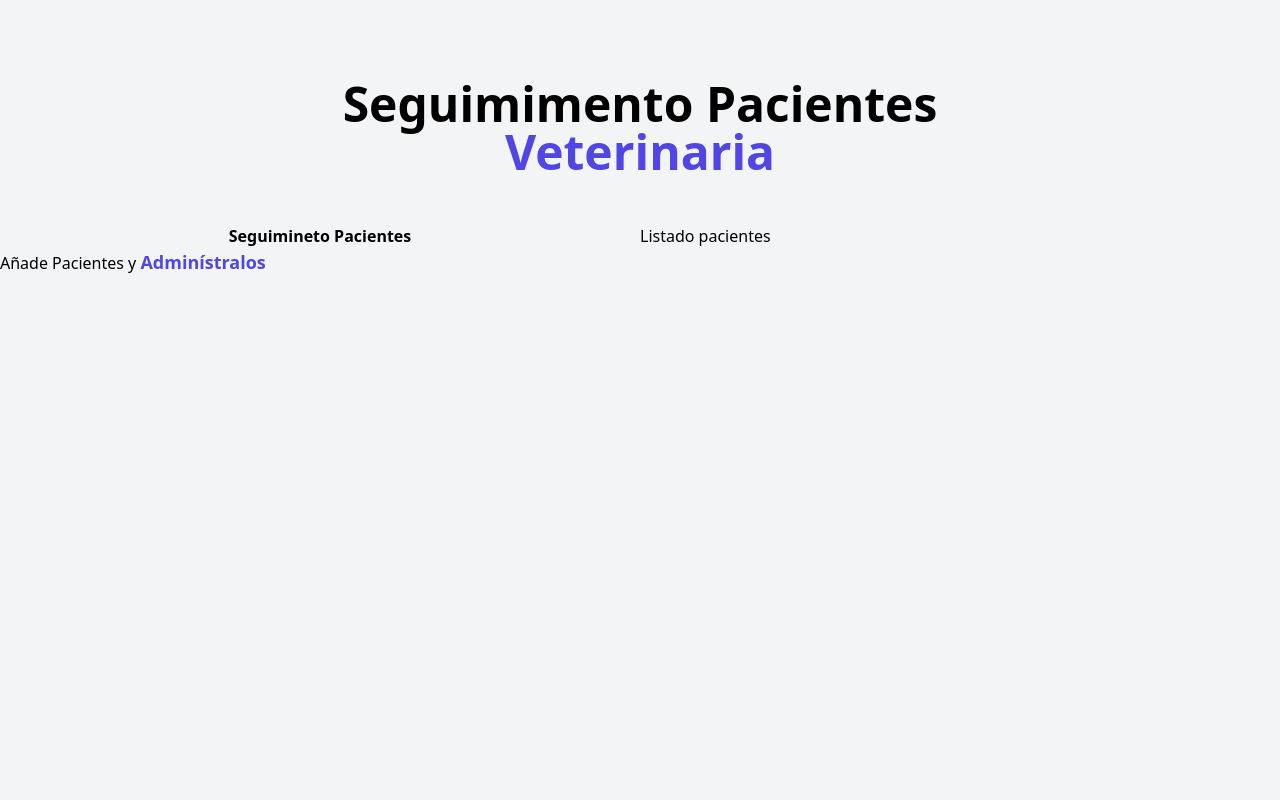
Repository: rlaureano/citas_react
Page: /
These files come from the project's save history. The page is drawn as it stood at one moment and after the next save; the edit follows.
The browser window is 1280 px wide. The pictures show the whole page.
The project was rebuilt for these pictures with package versions that can differ from the ones it lists, and the page was loaded fresh each time. Also part of the build but not shown: vite.config.js.

Above is the page before, as saved 2022-01-11 22:04:11.

### src/App.jsx
import Formulario from "./components/Formulario"
import Header from "./components/Header"
import ListadoPacientes from "./components/ListadoPacientes"

function App() {

  return (
    <div className="container mx-auto mt-20">
      <Header  />
      <div className="mt-12 md:flex">
        <Formulario  />
        <ListadoPacientes />
      </div>
    </div>
  )
}

export default App

### src/components/Formulario.jsx
import React from 'react'

const Formulario = () => {
  return (
    <div className="md:w-1/2 lg:w2/5">
      <h2 className="font-black text-3x1 text-center">Seguimineto Pacientes</h2>
      <p>
        Añade Pacientes y {''}
        <span className="text-indigo-600 font-bold text-lg">Adminístralos</span>
      </p>
    </div>
  )
}

export default Formulario

### src/components/Header.jsx
function Header() {
  return (

      <h1 className="font-black text-5xl text-center md:w-2/3 mx-auto">Seguimimento Pacientes {''}
        <span className="text-indigo-600">Veterinaria</span>
      </h1>

  )
}

export default Header

### src/components/ListadoPacientes.jsx
import React from 'react'

const ListadoPacientes = () => {
  return (
    <div className="w-1/2 ld:w-3/5">
      <h2>Listado pacientes</h2>
    </div>
  )
}

export default ListadoPacientes

### tailwind.config.js
module.exports = {
  purge: ["./index.html", "./src/**/*.{jsx}"],
  content: [],
  theme: {
    extend: {},
  },
  plugins: [],
}

Loaded but not shown: index.html (common file); src/main.jsx (common file); src/index.css (common file)

After the next save:
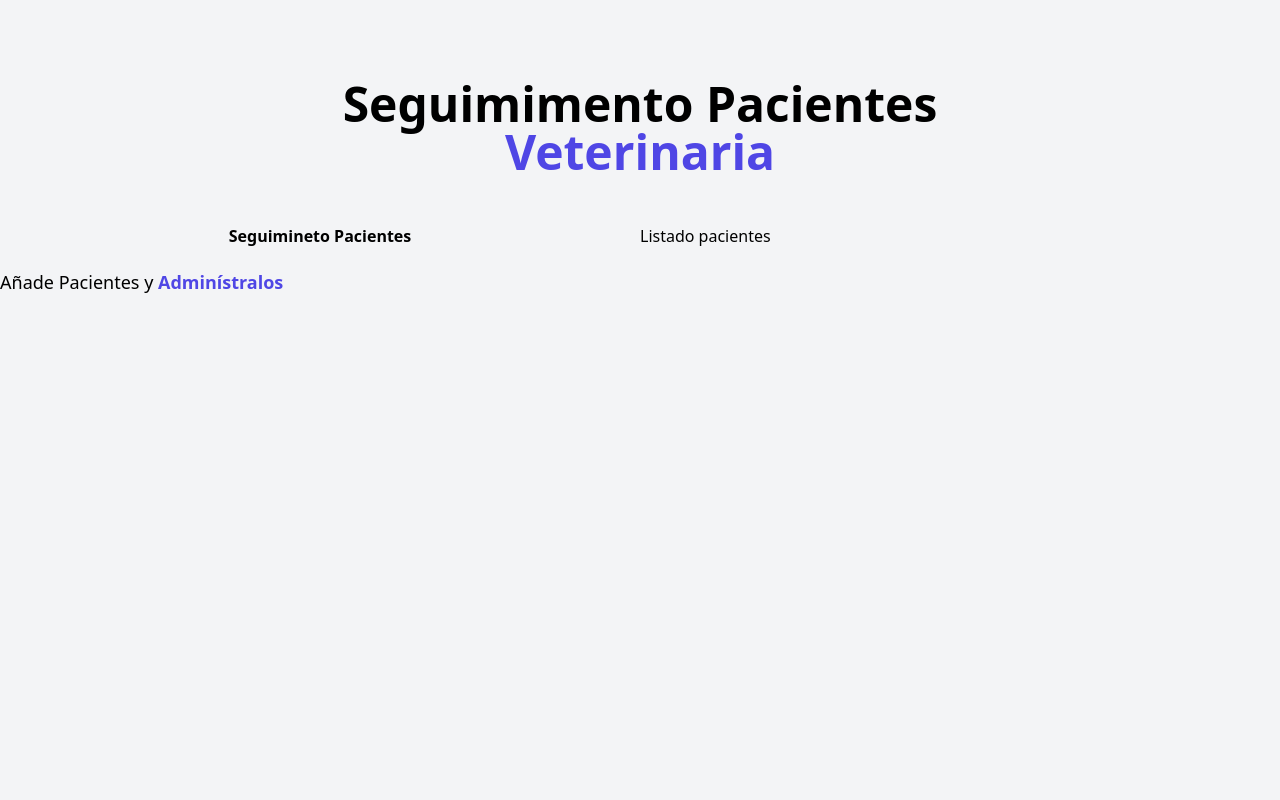
Saved 21 s later.
--- a/src/components/Formulario.jsx
+++ b/src/components/Formulario.jsx
@@ -4,7 +4,7 @@ const Formulario = () => {
   return (
     <div className="md:w-1/2 lg:w2/5">
       <h2 className="font-black text-3x1 text-center">Seguimineto Pacientes</h2>
-      <p>
+      <p className="text-lg mt-5">
         Añade Pacientes y {''}
         <span className="text-indigo-600 font-bold text-lg">Adminístralos</span>
       </p>
